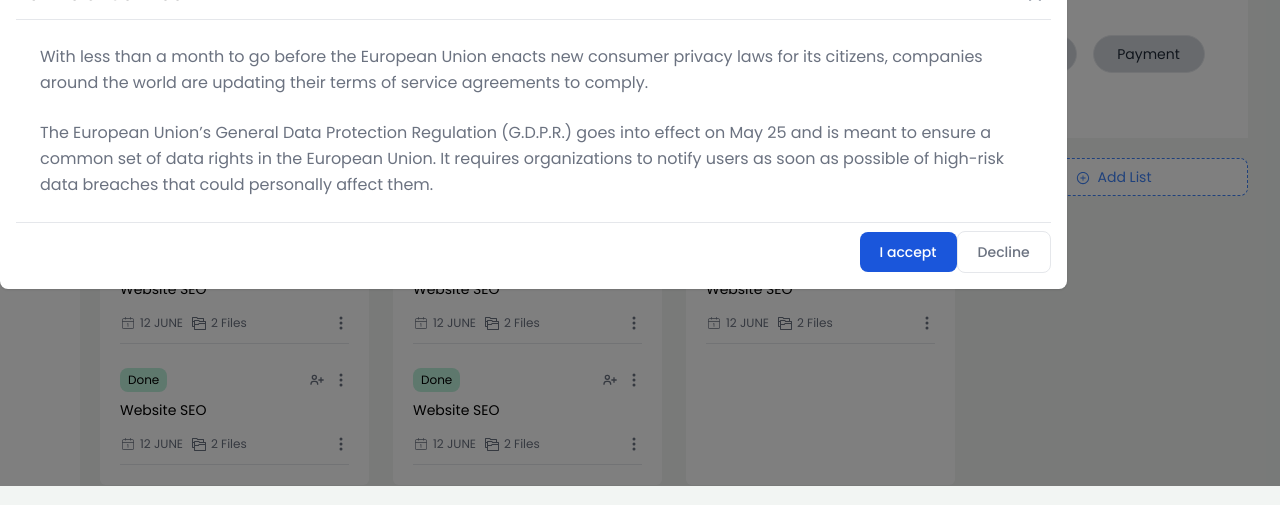
Repository: Shamraiz761/Frontend-Assessment
Page: /, after clicking the first element matching `button.bg-white`
The author's editor kept a copy of each file at every save. The page is drawn from the files as they stood at one save, then again after the next save.
The browser window is 1280 px wide. The pictures show the part of the page from y = 234 to 739 px (the page is 739 px tall).
Pictures or frames that could not be fetched are drawn as grey boxes. The project was rebuilt for these pictures with package versions that can differ from the ones it lists, and the page was loaded fresh each time. Also part of the build but not shown: vite.config.js. Imported but missing from the stored project, and not drawn on this page: src/pages/auth/login.

Above is the page before, as saved 2023-06-09 12:53:13.

After the next save:
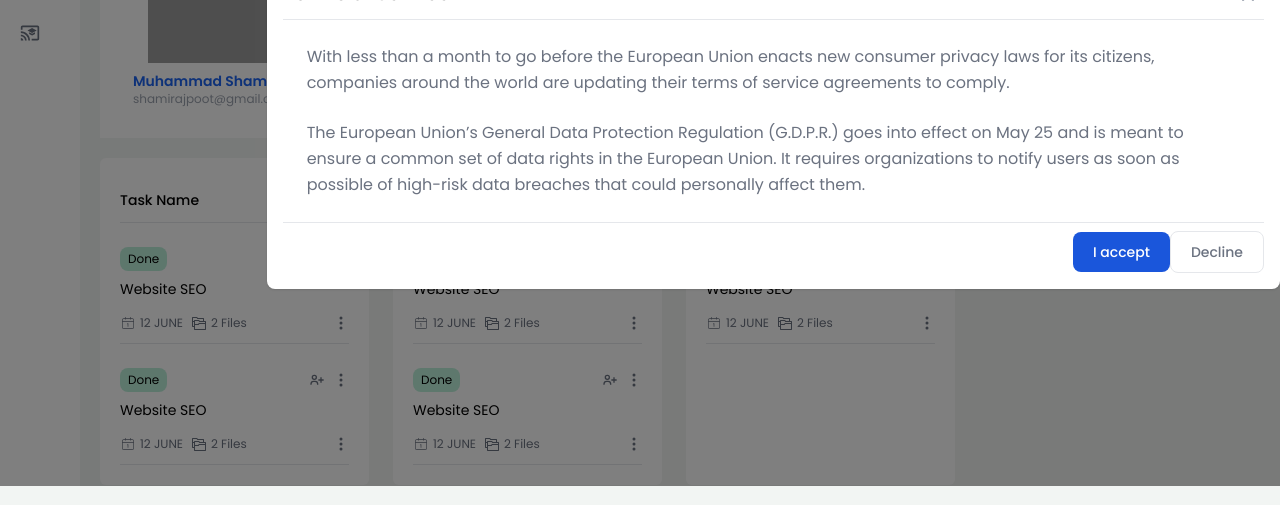
Saved 15 s later.
--- a/src/pages/Dashboard/index.jsx
+++ b/src/pages/Dashboard/index.jsx
@@ -62,7 +62,7 @@ function Home() {
           </button>
           {isModalOpen && (
             <div className="fixed w-full top-0 left-0 right-0 bottom-0 z-50   bg-opacity-50 bg-black">
-              <div className="w-10/12 flex min-h-screen  items-center justify-center">
+              <div className="w-10/12 flex min-h-screen  items-center justify-center ml-60">
                 <div className="absolute bg-white rounded-lg shadow p-4">
                   {/* Modal header */}
                   <div className="flex items-start justify-between border-b pb-2">
